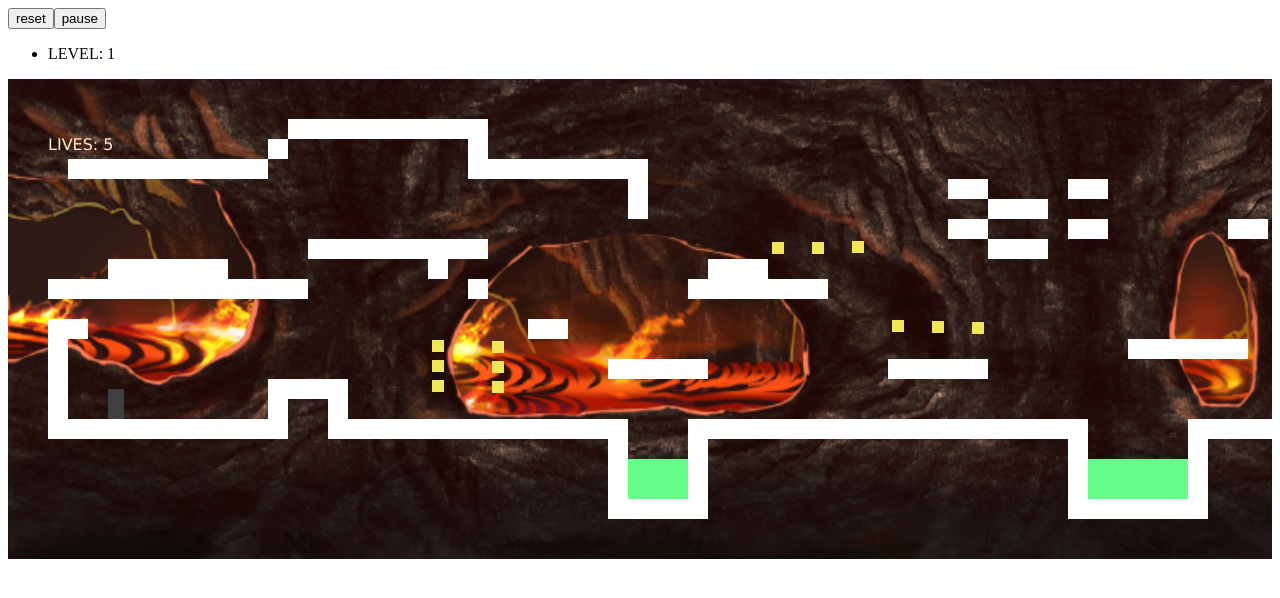
Repository: luccas-teddy/examenlucas
Page: index.html
The author's editor kept a copy of each file at every save. The page is drawn from the files as they stood at one save, then again after the next save.
The browser window is 1280 px wide. The pictures show the whole page.

Above is the page before, as saved 2021-02-18 02:31:32.

### index.html
<!doctype html>
<table>
<tr>
  <button id="reset" class="gamebutton" onclick="this.blur();">reset</button>
  <button id="pause" class="gamebutton" onclick="this.blur();">pause</button>
</tr>


<ul>
  <li id="lives" class="statss">LIVES: 5</li>
  <li id="level" class="stats">LEVEL: 1</li>
</ul>
</table>


<script src="code/chapter/16_game.js"></script>
<script src="code/levels.js"></script>

<link rel="stylesheet" href="css/game.css">

<body>
  <script>
    runGame(GAME_LEVELS, DOMDisplay);
  </script>
</body>

### code/levels.js
var GAME_LEVELS = [`
................................................................................
................................................................................
..............##########........................................................
.............#.........#........................................................
...##########..........#########................................................
...............................#...............##....##.........................
...............................#.................###.................###........
...............................................##....##......##....##+##........
...............#########..............o.o.o......###..............##+++++##.....
.....######..........#.............###............................##+##.........
..#############........#..........#######.........................#v#...........
............................................................................##..
..##......................##................o.o.o............................#..
..#..................o..o...............................######.............#....
..#..................o..o.....#####.........#####.....................o.#.......
..#..........####....o..o....................................................#..
..#..@.......#..#................................................#####.......#..
..############..###############...####################.....#######...#########..
..............................#...#..................#.....#....................
..............................#+++#..................#+++++#....................
..............................#+++#..................#+++++#....................
..............................#####..................#######....................
................................................................................
................................................................................
`,`
................................................................................
................................................................................
....###############################.............................................
...##.............................##########################################....
...#.......................................................................##...
...#....o...................................................................#...
...#................................................=.......................#...
...#.o........################...................o..o...........|........o..#...
...#.........................#..............................................#...
...#....o....................##########.....###################....##########...
...#..................................#+++++#.................#....#............
...###############....oo......=o.o.o..#######.###############.#....#............
.....#...............o..o.............#.......#......#........#....#............
.....#....................#############..######.####.#.########....########.....
.....#.............########..............#...........#.#..................#.....
.....#..........####......####...#####################.#..................#.....
.....#........###............###.......................########....########.....
.....#.......##................#########################......#....#............
.....#.......#................................................#....#............
.....###......................................................#....#............
.......#...............o...........................................#............
.......#...............................................o...........#............
.......#########......###.....############.........................##...........
.............#..................#........#####....#######.o.........########....
.............#++++++++++++++++++#............#....#.....#..................#....
.............#++++++++++++++++++#..........###....###...####.o.............#....
.............####################..........#........#......#.....|.........#....
...........................................#++++++++#......####............#....
...........................................#++++++++#.........#........@...#....
...........................................#++++++++#.........##############....
...........................................##########...........................
................................................................................
`,`
......................................#++#........................#######....................................#+#..
......................................#++#.....................####.....####.................................#+#..
......................................#++##########...........##...........##................................#+#..
......................................##++++++++++##.........##.............##...............................#+#..
.......................................##########++#.........#....................................o...o...o..#+#..
................................................##+#.........#.....o...o....................................##+#..
.................................................#+#.........#................................###############++#..
.................................................#v#.........#.....#...#........................++++++++++++++##..
.............................................................##..|...|...|..##............#####################...
..............................................................##+++++++++++##............v........................
...............................................................####+++++####......................................
...............................................#.....#............#######........###.........###..................
...............................................#.....#...........................#.#.........#.#..................
...............................................#.....#.............................#.........#....................
...............................................#.....#.............................##........#....................
...............................................##....#.............................#.........#....................
...............................................#.....#......o..o.....#...#.........#.........#....................
...............#######........###...###........#.....#...............#...#.........#.........#....................
..............##.....##..##.....#...#..........#.....#.....######....#...#...#########.......#....................
.............##.......##........#.o.#..........#....##...............#...#...#...............#....................
.....@...##....#.........#........#...#..........#.....#...............#...#...#...............#..................
....###......#.........#........#...#..........#.....#...............#...#####...######......#....................
....#.#......#.........#.......##.o.##.........#.....#...............#.....o.....#.#.........#....................
++++#.#++++++#.........#++++++##.....##++++++++##....#++++++++++.....#.....=.....#.#.........#....................
++++#.#++++++#.........#+++++##.......##########.....#+++++++##+.....#############.##..o.o..##....................
++++#.#++++++#.........#+++++#....o.................##++++++##.+....................##.....##.....................
++++#.#++++++#.........#+++++#.....................##++++++##..+.....................#######......................
++++#.#++++++#.........#+++++##.......##############++++++##...+..................................................
++++#.#++++++#.........#++++++#########++++++++++++++++++##....+..................................................
++++#.#++++++#.........#++++++++++++++++++++++++++++++++##.....+..................................................
`,`
..............................................................................................................
..............................................................................................................
........................................o.....................................................................
..............................................................................................................
........................................#.....................................................................
........................................#.....................................................................
........................................#.....................................................................
........................................#.....................................................................
.......................................###....................................................................
.......................................#.#.................+++........+++..###................................
.......................................#.#.................+#+........+#+.....................................
.....................................###.###................#..........#......................................
......................................#...#.................#...oooo...#.......###............................
......................................#...#.................#..........#......#+++#...........................
......................................#...#.................############.......###............................
.....................................##...##......#...#......#................................................
......................................#...#########...########..............#.#...............................
......................................#...#...........#....................#+++#..............................
......................................#...#...........#.....................###...............................
.....................................##...##..........#.......................................................
......................................#...#=.=.=.=....#............###........................................
......................................#...#...........#...........#+++#.......................................
......................................#...#....=.=.=.=#.....o......###.......###..............................
.....................................##...##..........#.....................#+++#.............................
..............................o...o...#...#...........#.....#................##v........###...................
......................................#...#...........#..............#.................#+++#..................
.............................###.###.###.###.....o.o..#++++++++++++++#...................v#...................
.............................#.###.#.#.###.#..........#++++++++++++++#........................................
.............................#.............#...#######################........................................
.............................##...........##.........................................###......................
..###.........................#.....#.....#.........................................#+++#................###..
..#.#.........................#....###....#..........................................###.................#.#..
..#...........................#....###....#######........................#####.............................#..
..#...........................#...........#..............................#...#.............................#..
..#...........................##..........#..............................#.#.#.............................#..
..#.......................................#.......|####|....|####|.....###.###.............................#..
..#................###.............o.o....#..............................#.........###.....................#..
..#...............#####.......##..........#.............................###.......#+++#..........#.........#..
..#...............o###o.......#....###....#.............................#.#........###..........###........#..
..#................###........#############..#.oo.#....#.oo.#....#.oo..##.##....................###........#..
..#......@..........#.........#...........#++#....#++++#....#++++#....##...##....................#.........#..
..#############################...........#############################.....################################..
..............................................................................................................
..............................................................................................................
`,`
..................................................................................................###.#.......
......................................................................................................#.......
..................................................................................................#####.......
..................................................................................................#...........
..................................................................................................#.###.......
..........................o.......................................................................#.#.#.......
.............................................................................................o.o.o###.#.......
...................###................................................................................#.......
.......+..o..+................................................#####.#####.#####.#####.#####.#####.#####.......
.......#.....#................................................#...#.#...#.#...#.#...#.#...#.#...#.#...........
.......#=.o..#............#...................................###.#.###.#.###.#.###.#.###.#.###.#.#####.......
.......#.....#..................................................#.#...#.#...#.#...#.#...#.#...#.#.....#.......
.......+..o..+............o..................................####.#####.#####.#####.#####.#####.#######.......
..............................................................................................................
..........o..............###..............................##..................................................
..............................................................................................................
..............................................................................................................
......................................................##......................................................
...................###.........###............................................................................
..............................................................................................................
..........................o.....................................................#......#......................
..........................................................##.....##...........................................
.............###.........###.........###.................................#..................#.................
..............................................................................................................
.................................................................||...........................................
..###########.................................................................................................
..#.........#.o.#########.o.#########.o.##................................................#...................
..#.........#...#.......#...#.......#...#.................||..................#.....#.........................
..#..@......#####...o...#####...o...#####.....................................................................
..#######.....................................#####.......##.....##.....###...................................
........#=..................=................=#...#.....................###...................................
........#######################################...#+++++++++++++++++++++###+++++++++++++++++++++++++++++++++++
..................................................############################################################
..............................................................................................................
`];

if (typeof module != "undefined" && module.exports && (typeof window == "undefined" || window.exports != exports))
  module.exports = GAME_LEVELS;
if (typeof global != "undefined" && !global.GAME_LEVELS)
  global.GAME_LEVELS = GAME_LEVELS;
async function runGame(plans, Display) {
  for (let level = 0; level < plans.length;) {
    let status = await runLevel(new Level(plans[level]),
                                Display);
    if (status == "won") level++;
  }
  console.log("You've won!");
}

async function runGame(plans, Display)
{
  this.lives = 5;
  document.getElementById("reset").addEventListener("click", () => { document.location.reload(); })
  document.getElementById("pause").addEventListener("click", () => { this.paused; })
  this.livesView = document.getElementById("lives");
  this.levelView = document.getElementById("level");

  for (let level = 0; level < plans.length && lives > 0;)
  {
    let status = await runLevel(new Level(plans[level]),
      Display);
    if (status == "won")
    {
      level++;
      this.levelView.innerHTML = "LEVEL: " + `${ level + 1 }`;
    }
    else
    {
      lives--;
      this.livesView.innerHTML = "LIVES: " + this.lives;
    }

  }
  if (lives > 0)
  {
    console.log("You've won!");
    document.location.reload();
    document.write();

  }
  else
  {
    console.log("Perdiste!");
    document.location.reload();
  }
}

### css/game.css
.background    { background-image:url(9d.png);
}

 .background     {background :rgb (55, 167, 250)
                  background-image:url(taza.jpg);
                  background-repeat :no-repeat;
                  background-size: cover ;
                   table-layout: fixed;
                   border-spacing:  0;   }

.background td   { padding: 0;   }
.lava            { background: rgb(100, 255, 139); }
.wall            { background: rgb(255, 255, 255);   }

.actor  { position: absolute;  }

.coin   { background: rgb(241, 229, 89); }
.player { background: rgb(64, 64, 64); }

.game {
  overflow: hidden;
  max-width: 1500px;
  max-height: 820px;
  position: relative;
}

.lost .player {
  background: rgb(64, 106, 160);
}
.won .player {
  box-shadow: -4px -7px 8px white, 4px -7px 8px white;
}
stats{
     list-style-type: none;
  font-family: "jack Sans", "Lucida Sans Regular", "jack Grande",
    "jak Sans Unicode", Geneva, Verdana, sans-serif;
  text-transform: uppercase;
  color: rgb(199, 300, 255);
  z-index: 10;
  position: absolute;
  text-align: left;
  margin-top: 50px;
}
.statss{
   list-style-type: none;
  font-family: "Lucida Sans", "Lucida Sans Regular", "Lucida Grande",
    "jack Sans Unicode", Geneva, Verdana, sans-serif;
  text-transform: uppercase;
  color: bisque;
  z-index: 11;
  position: absolute;
  text-align: left;
  margin-top: 90px;
}

Loaded but not shown: code/chapter/16_game.js (359 lines, source omitted)

After the next save:
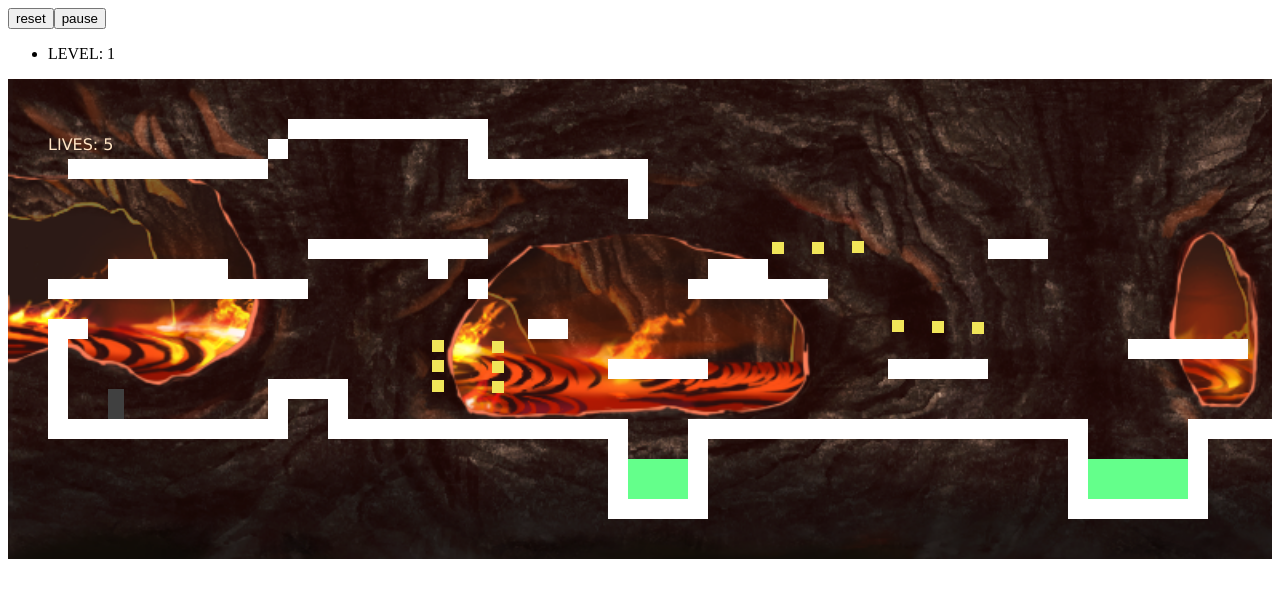
Saved 2 min 1 s later.
--- a/code/levels.js
+++ b/code/levels.js
@@ -4,9 +4,9 @@ var GAME_LEVELS = [`
 ..............##########........................................................
 .............#.........#........................................................
 ...##########..........#########................................................
-...............................#...............##....##.........................
-...............................#.................###.................###........
-...............................................##....##......##....##+##........
+...............................#................................................
+...............................#..................................###...........
+...................................................................##+##........
 ...............#########..............o.o.o......###..............##+++++##.....
 .....######..........#.............###............................##+##.........
 ..#############........#..........#######.........................#v#...........
